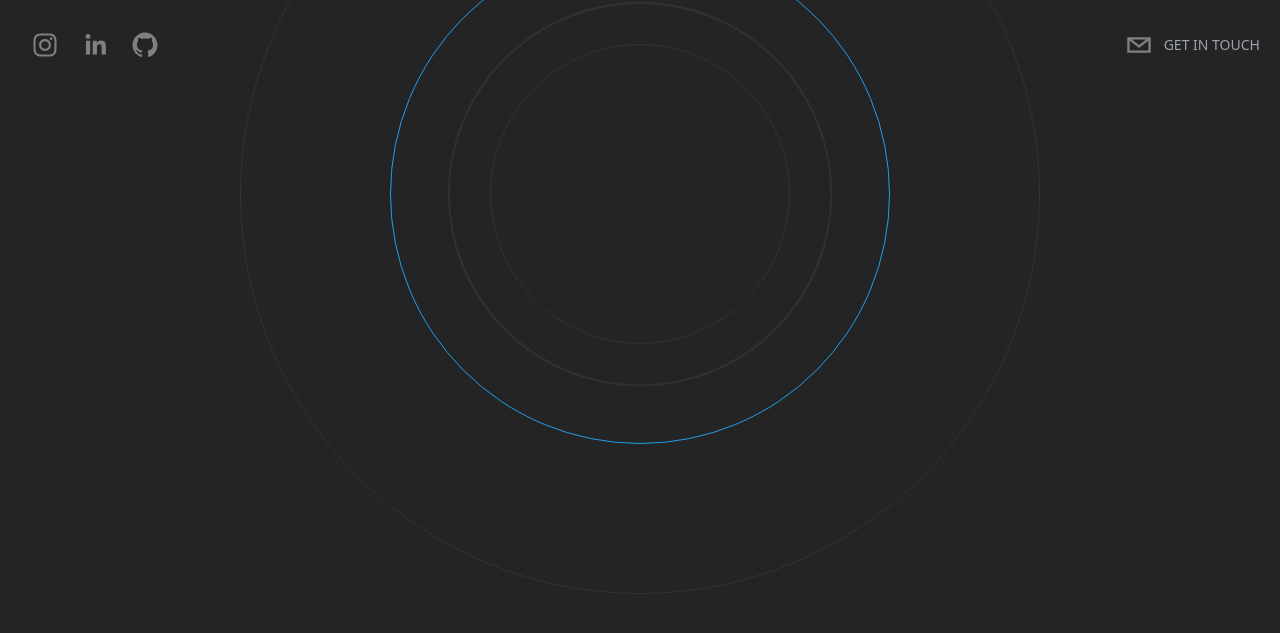
Repository: husainmamuwala/portfolio2.0
Page: /
An editor plug-in stored every save of this project. The page is shown before and after a run of saves, followed by the edit.
The browser window is 1280 px wide. The pictures show the whole page.
The project was rebuilt for these pictures with package versions that can differ from the ones it lists, and the page was loaded fresh each time. The framework's server and built-in components were replaced by stand-ins that run in the browser. Also part of the build but not shown: next.config.js.

Above is the page before, as saved 2022-09-17 18:38:43.

### pages/index.tsx
import type { NextPage } from 'next'
import Head from 'next/head'
import Image from 'next/image'
import Header from '../components/Header'
import Hero from '../components/Hero'
import styles from '../styles/Home.module.css'

const Home: NextPage = () => {
  return (
    <div className='bg-[rgb(36,36,36)] text-white h-screen'>
      <Header/>
      <section id='hero'>
      <Hero/>
      </section>
    </div>

  )
}

export default Home

### components/Header.tsx
import React from 'react'
import { SocialIcon } from 'react-social-icons';
import {motion} from 'framer-motion'

type Props = {}

export default function Header({}: Props) {
  return (
    <header className='sticky top-0 p-5 flex items-start max-w-7xl justify-between mx-auto z-20
    xl:items-center'>

        <motion.div
        initial={{
            x:-500,
            opacity:0,
            scale:0.5
        }}
        animate={{
            x:0,
            opacity:1,
            scale:1
        }}
        transition={{
            duration:1.5
        }}
        className='flex flex-row items-center'>
            <SocialIcon
            url='https://www.instagram.com/husain_mamuwala'
            fgColor='gray'
            bgColor='transparent'/>
             <SocialIcon
            url='https://www.linkedin.com/husain_mamuwala'
            fgColor='gray'
            bgColor='transparent'/>
             <SocialIcon
            url='https://www.github.com/husain_mamuwala'
            fgColor='gray'
            bgColor='transparent'/>
        </motion.div>

        <motion.div
        initial={{
            x:500,
            opacity:0,
            scale:1.5
        }}
        animate={{x:0,opacity:1,scale:1}}
        transition={{duration:1.5}}
        className="flex felx-row items-center text-gray-400">
            <SocialIcon
            className='cursor-pointer'
            network='email'
            fgColor='gray'
            bgColor='transparent'/>

            <p className=' uppercase hidden md:inline-flex text-sm text-gray-400'>
                Get In Touch
            </p>
        </motion.div>
    </header>

  )
}

### components/Hero.tsx
import React from 'react'
import {useTypewriter,Cursor} from 'react-simple-typewriter';
import BackgroundCircles from './BackgroundCircles';

type Props = {}

export default function Hero({}: Props) {
    const {text,count} = useTypewriter({
        words:["Hi , My Name is Husain","Guy-who-loves-cycling.tsx","<Student/>"],
        loop:true,
        delaySpeed: 2000,
    });
  return (
    <div>
        <BackgroundCircles/>
        <h1>
            <span>{text}</span>
            <Cursor />
        </h1>

    </div>
  );
}

### components/BackgroundCircles.tsx
import React from 'react'

type Props = {}

function BackgroundCircles({}: Props) {
  return (
    <div className='relative flex justify-center items-center'>
        <div className='absolute border [#333333] rounded-full h-[200px] w-[200px] mt-52 animate-ping '/>
        <div className=' absolute border border-[#333333] rounded-full h-[300px] w-[300px] mt-52'/>
        <div className=' absolute border border-[#333333] rounded-full h-[500px] w-[500px] mt-52'/>
        <div className=' absolute border border-[#1f9aec] rounded-full h-[500px] w-[500px] mt-52'/>
        <div className=' absolute border border-[#333333] rounded-full h-[800px] w-[800px] mt-52'/>
    </div>
  )
}

export default BackgroundCircles

Loaded but not shown: pages/_app.tsx (common file); styles/globals.css (common file); tailwind.config.js (common file)

After the next 3 saves:
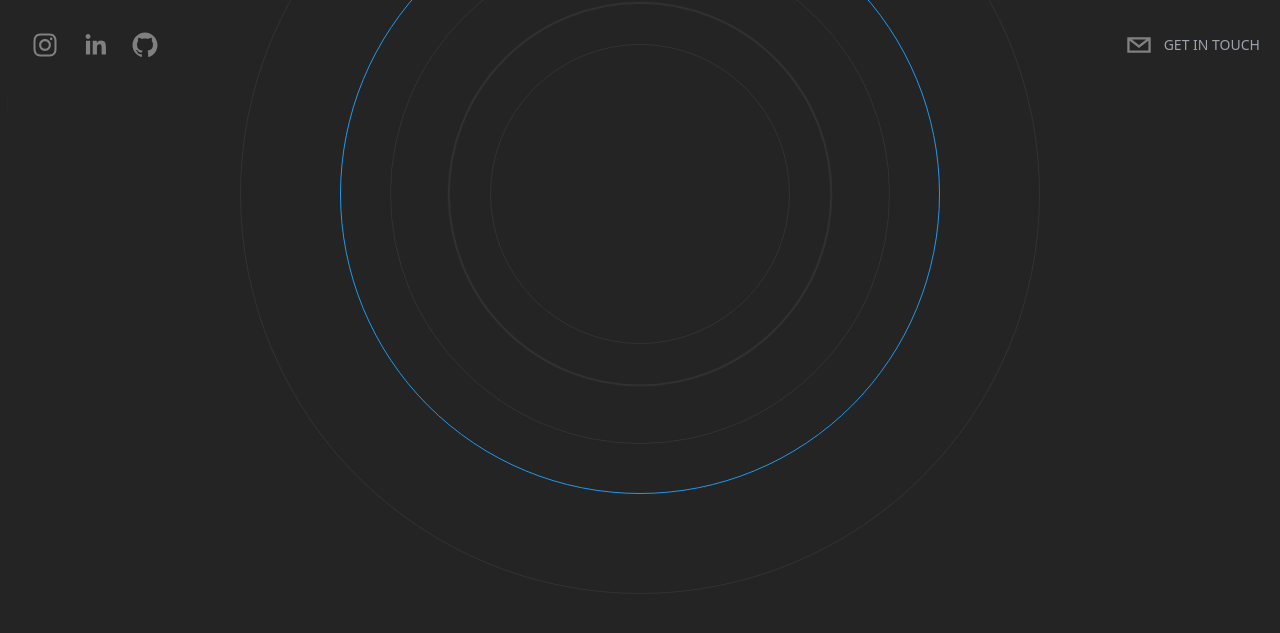
The 3 saves are shown as one change because they came seconds apart.
The last was saved 27 s later.
--- a/components/BackgroundCircles.tsx
+++ b/components/BackgroundCircles.tsx
@@ -8,7 +8,7 @@ function BackgroundCircles({}: Props) {
         <div className='absolute border [#333333] rounded-full h-[200px] w-[200px] mt-52 animate-ping '/>
         <div className=' absolute border border-[#333333] rounded-full h-[300px] w-[300px] mt-52'/>
         <div className=' absolute border border-[#333333] rounded-full h-[500px] w-[500px] mt-52'/>
-        <div className=' absolute border border-[#1f9aec] rounded-full h-[500px] w-[500px] mt-52'/>
+        <div className=' absolute border border-[#1f9aec] rounded-full h-[600px] w-[600px] mt-52'/>
         <div className=' absolute border border-[#333333] rounded-full h-[800px] w-[800px] mt-52'/>
     </div>
   )
